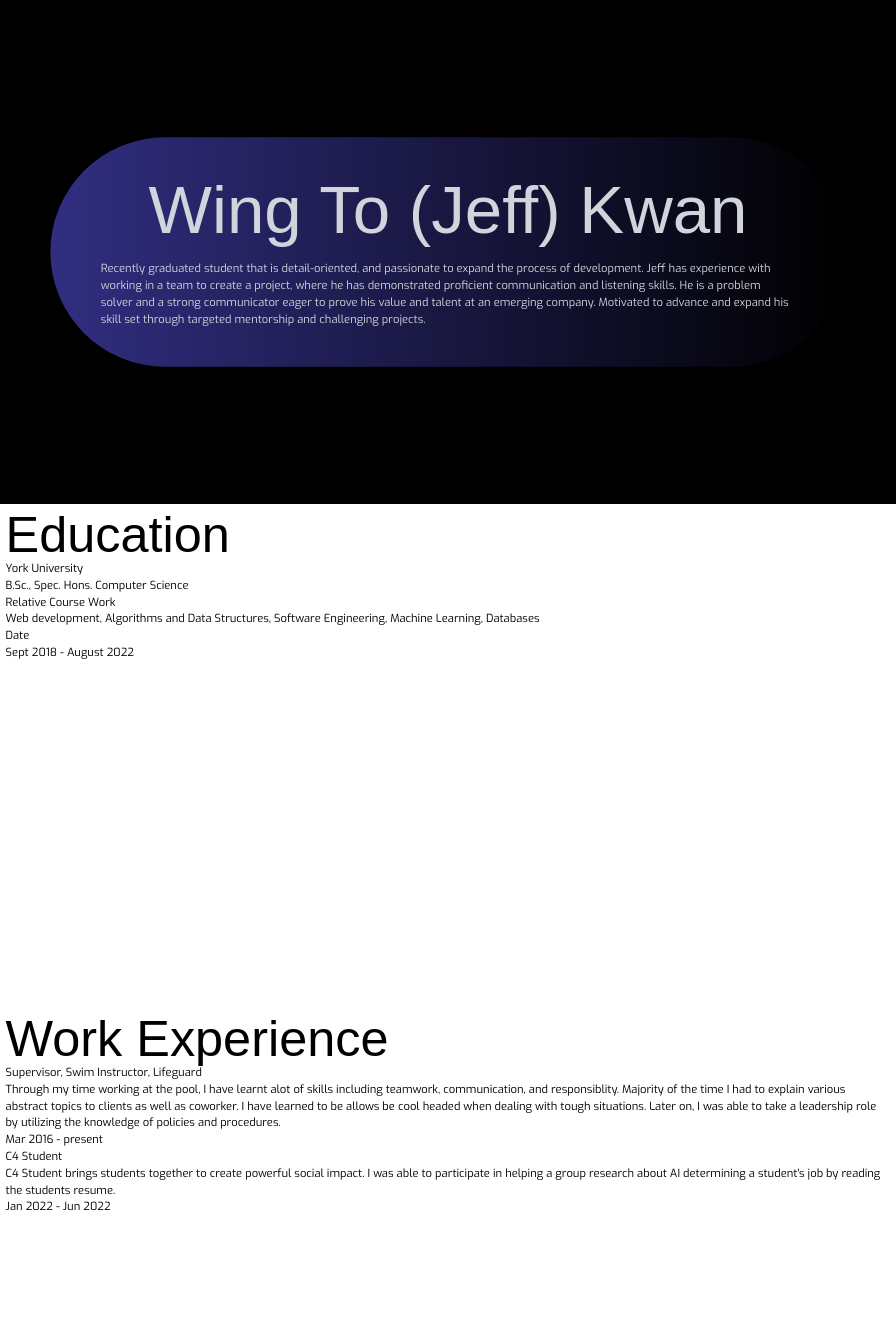
Repository: Jeffkw213/profile_website
Page: /
An editor plug-in stored every save of this project. The page is shown before and after a run of saves, followed by the edit.
The browser window is 1280 px wide. The pictures show the part of the page from y = 0 to 1920 px (the page is 2960 px tall before and 3040 px after), at 70% of full size.
Some web fonts or font styles are not loaded; a fallback is used. The project was rebuilt for these pictures with package versions that can differ from the ones it lists, and the page was loaded fresh each time. Also part of the build but not shown: vite.config.js.

Above is the page before, as saved 2022-09-26 14:27:33.

### src/index.jsx
import React from 'react';
import ReactDOM from 'react-dom/client';
import App from './App';
import reportWebVitals from './reportWebVitals';
import './index.css';

// DOM creates an instance of your App component, though it can also pass simple JSX without any component instantiation
const root = ReactDOM.createRoot(document.getElementById('root'));
root.render(
  <React.StrictMode>
    <App />
  </React.StrictMode>
);

// If you want to start measuring performance in your app, pass a function
// to log results (for example: reportWebVitals(console.log))
// or send to an analytics endpoint. Learn more: https://bit.ly/CRA-vitals
reportWebVitals();

### src/App.jsx
import Education from './components/Education';
import Nav from './components/Nav';
import Projects from './components/Projects';
import Title from './components/Title';
import Work from './components/Work';
import records from './data/records.json';
import Navitop from './components/NavigationTop'
const App = () => {
  return (
    <div className="m-0 p-0 box-border relative font-Exo min-w-[800]">
      <></>
      <Title {...records.Who} />
      <Education {...records.Education} />
      <Work employ={records.Employment} />
      <Projects />
      <Nav {...records.Social} />
    </div>
  );
};

export default App;

### src/index.css
@import url('https://fonts.googleapis.com/css2?family=Exo:wght@100;400&display=swap');
@import url('http://fonts.cdnfonts.com/css/nexa-bold');

@tailwind base;
@tailwind components;
@tailwind utilities;

### src/components/Education.jsx
export default function Education(props) {
  return (
    <div className="h-screen p-2">
      <div>
        <h1 className="font-Nexa text-7xl">Education</h1>
      </div>
      <p>{props.School}</p>
      <p>{props.Degree}</p>
      <p>Relative Course Work</p>
      <p>{props.RelatativeCoursework}</p>
      <p>Date</p>
      <p>
        {props.Start} - {props.Graduation}
      </p>
    </div>



  );
}

### src/components/Nav.jsx
//This is gonna be the navigation bar
//Need to create a list of
import Git from '../data/GitHub-Mark-64px.png';
import Linkedin from '../data/LI-In-Bug.png';
import Gmail from '../data/Gmail_Logo_64px.png';
export const List = (props) => (
  <nav className="flex justify-center">
    <ul className="">
      <li className="inline-block">
        <a href={props.Linkedin} target="_blank" rel="noopener noreferrer">
          <img src={Linkedin} alt="Linkedin Logo" className="h-16 opacity-[.25]" />
        </a>
      </li>
      <li className="inline-block">
        <a href={props.Github} target="_blank" rel="noopener noreferrer">
          <img src={Git} alt="Git Logo" className="h-16 opacity-[.25]" />
        </a>
      </li>
      <li className="inline-block ml-2">
        <a href={`mailto:${props.Email}?subject=Hi%20I'm%20Stupid`}>
          <img src={Gmail} alt="Gmail Logo" className="h-16 opacity-[.25]" />
        </a>
      </li>
    </ul>
  </nav>
);

export default function Nav(props) {
  return (
    <div
      className="h-20
    relative
    w-full
    py-2
    text-center
    bg-indigo-900"
    >
      <List {...props} />
    </div>
  );
}

### src/components/Projects.jsx
import projects from '../data/projects';

export default function Projects() {
  return (
    <div className='h-screen p-2'>
      {projects.map((item, index) => {
        return (
          <div key={index}>
            <p>{item.name}</p>
            <a href={item.link} target="_blank" rel="noopener noreferrer">
              {item.link}
            </a>
            <p>{item.about}</p>
          </div>
        );
      })}
    </div>
  );
}

### src/components/Title.jsx
// This is the title of the website
// There would be a breif discription of who I am
// And there would be a navigation button to scroll to a certain section of the page


export default function Title({ Name, Description }) {
  return (
    <div className="px-8 min-w-[780px] min-h-screen max-h-screen bg-black flex items-center justify-center">
      <div className="relative max-h-full bg-gradient-to-r from-indigo-900 rounded-full py-10 text-gray-300 opacity-100">
        <h1 className="font-Nexa text-8xl text-center pt-4 pb-2">{Name}</h1>
        <p className="p-4 mx-14 max-w-screen-lg min-w-[50%]">{Description}</p>
      </div>
    </div>
  );
}

### src/components/Work.jsx
export default function Work({ employ }) {
  return (
    <div className="h-screen p-2">
      <h1 className="font-Nexa text-7xl"> Work Experience </h1>
      {employ.map((item, index) => {
        return (
          <div key={index} className="">
            <div></div>
            <p>{item.Role}</p>
            <p>{item.Description}</p>
            <p>{item.Date}</p>
          </div>
        );
      })}
    </div>
  );
}

### src/data/records.json
{
  "Who": {
    "Name": "Wing To (Jeff) Kwan",
    "Location": {
      "City": "Richmond Hill",
      "Province": "Ontario",
      "Country": "Canada",
      "Street": "176 Kimono Crescent",
      "Postal": "L4S 2A4"
    },
    "Description": "Recently graduated student that is detail-oriented, and passionate to expand the process of development. Jeff has experience with working in a team to create a project, where he has demonstrated proficient communication and listening skills. He is a problem solver and a strong communicator eager to prove his value and talent at an emerging company. Motivated to advance and expand his skill set through targeted mentorship and challenging projects.",
    "Skills": {
      "Languages": "Python, Java, Javascript, CSS, HTML, SQL, Prolog, C#, C98, C99",
      "Framework": "Numpy, Pandas, MySQL, React, Node.js",
      "Platform": "Linux, Windows, MACOS, Android",
      "Techniques": "OOP, DataStructures, Machine Learning, Data Mining"
    }
  },
  "Social": {
    "Email": "jeffkwan10@gmail.com",
    "Linkedin": "https://www.linkedin.com/in/jeff-kwan-881a41203/",
    "Github": "https://github.com/Jeffkw213"
  },

  "Education": {
    "School": "York University",
    "Degree": "B.Sc., Spec. Hons. Computer Science",
    "RelatativeCoursework": "Web development, Algorithms and Data Structures, Software Engineering, Machine Learning, Databases",
    "Graduation": "August 2022",
    "Start": "Sept 2018"
  },

  "Employment": [
    {
      "Role": "Supervisor, Swim Instructor, Lifeguard",
      "Where": "City of Richmond Hill",
      "Description": "Through my time working at the pool, I have learnt alot of skills including teamwork, communication, and responsiblity. Majority of the time I had to explain various abstract topics to clients as well as coworker. I have learned to be allows be cool headed when dealing with tough situations. Later on, I was able to take a leadership role by utilizing the knowledge of policies and procedures.",
      "Date": "Mar 2016 - present"
    },
    {
      "Role": "C4 Student",
      "Where": "York University",
      "Description": "C4 Student brings students together to create powerful social impact. I was able to participate in helping a group research about AI determining a student's job by reading the students resume.",
      "Date": "Jan 2022 - Jun 2022"
    }
  ]
}

### src/data/projects.js
export default [
  {
    name: '8-puzzle',
    about: 'Create a 8-puzzle game with python. This project mainly focuses on different ways to find the best solution to solve the puzzle. I have used Best First approach, Depth First, and the Mannhattan Solution. The goal of this project was to expand understanding of different search methods and continue to exercise mastery of the concepts.',
    link: 'https://github.com/jeffkw213/8-puzzle'
  },
  {
    name: '9-puzzle',
    about: 'Hi this is a dummy thing to see if this works properly',
    link: 'https://github.com/jeffkw213/9-puzzle'
  }
];

### tailwind.config.js
/** @type {import('tailwindcss').Config} */
module.exports = {
  content: ['./index.html', './src/**/*.{js,jsx}'],
  theme: {
    extend: {
      fontFamily: {
        Exo : "'Exo', sans-serif",
        Nexa : "'Nexa', sans-serif",
      },
      variants: {
        width: ["responsive", "hover", "focus"]
      },
      minWidth: {
        '1/2': '50%',
      }
    }
  },
  plugins: []
};

### src/components/NavigationTop.jsx
export default function ButtonNavi() {
  return (
    <header className="">
      <nav className="p-3 text-center">
        <button
          className="m-2 p-2 px-3 bg-black text-white rounded-full
      transition delay-150 duration-300 ease-in-out hover:scale-110"
        >
          Education
        </button>
        <button
          className="m-2 p-2 px-3 bg-black text-white rounded-full
      transition delay-150 duration-300 ease-in-out hover:scale-110"
        >
          Work Experience
        </button>
        <button
          className="m-2 p-2 px-3 bg-black text-white rounded-full
      transition delay-150 duration-300 ease-in-out hover:scale-110"
        >
          Projects
        </button>
        <a href="/Resume.pdf" target="_blank">
          <button
            className="m-2 p-2 px-3 bg-black text-white rounded-full
        transition delay-150 duration-300 ease-in-out hover:scale-110 hover:bg-indigo-900"
          >
            Resume
          </button>
        </a>
      </nav>
    </header>
  );
}

Loaded but not shown: public/index.html (common file); src/reportWebVitals.js (common file)

After the next 3 saves:
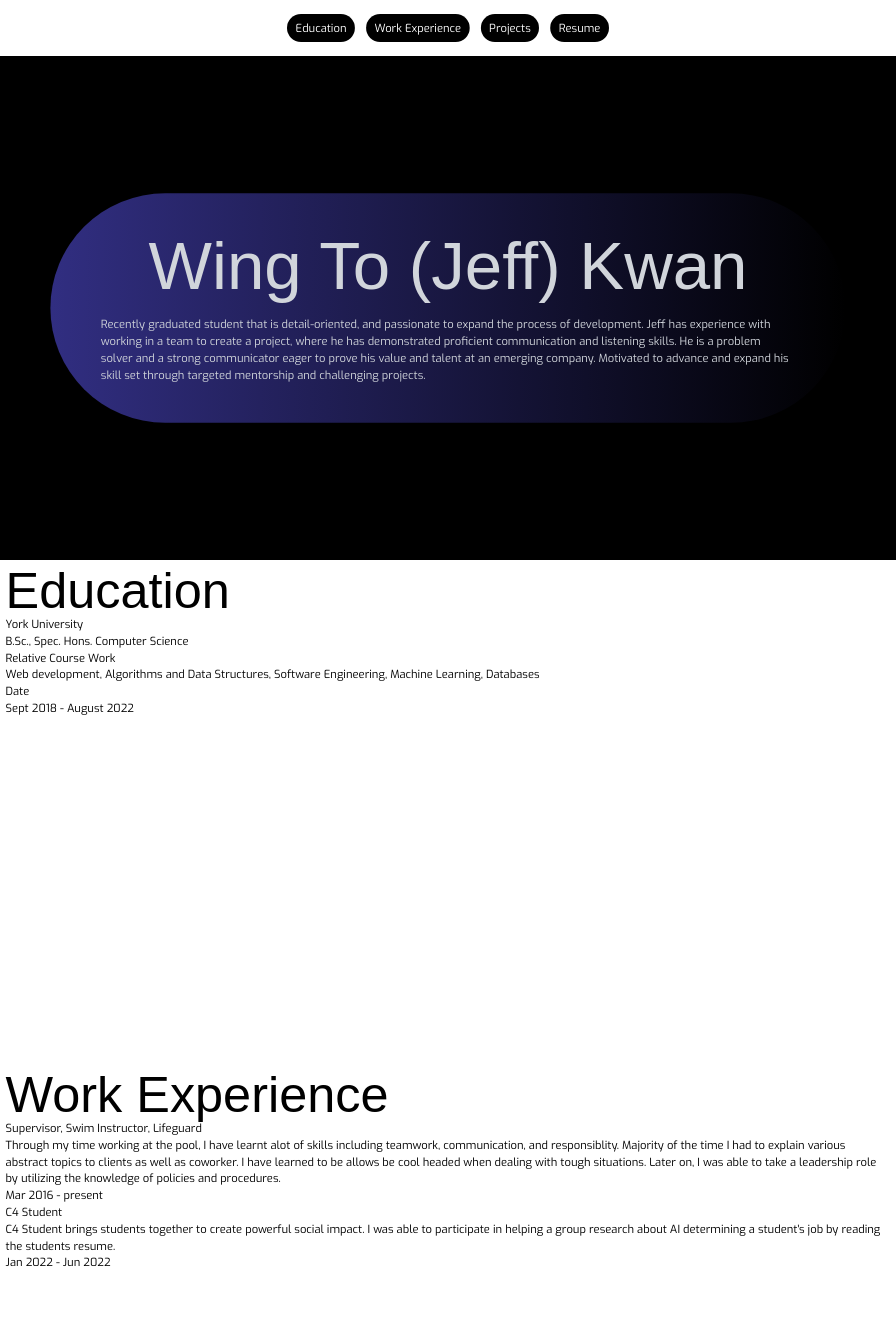
The 3 saves are shown as one change because they came seconds apart.
The last was saved 7 s later.
--- a/src/App.jsx
+++ b/src/App.jsx
@@ -8,7 +8,7 @@ import Navitop from './components/NavigationTop'
 const App = () => {
   return (
     <div className="m-0 p-0 box-border relative font-Exo min-w-[800]">
-      <></>
+      <Navitop />
       <Title {...records.Who} />
       <Education {...records.Education} />
       <Work employ={records.Employment} />
